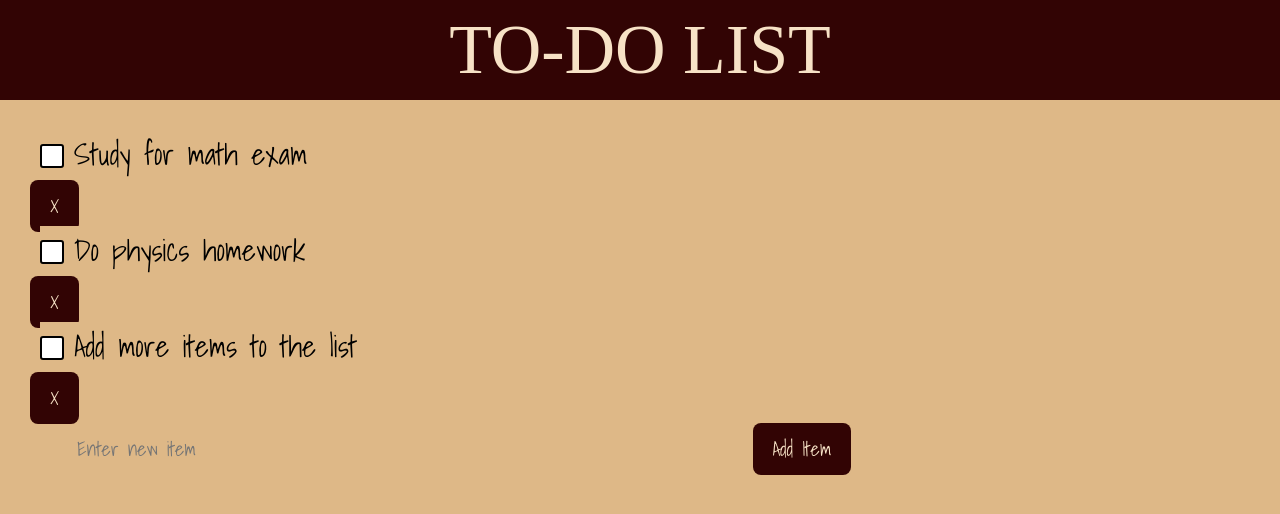
Repository: riya10483/pomodoro
Page: todo.html
These files come from the project's save history. The page is drawn as it stood at one moment and after a run of saves; the edit follows.
The browser window is 1280 px wide. The pictures show the whole page.
Some web fonts or font styles are not loaded; a fallback is used.

Above is the page before, as saved 2024-09-29 07:29:35.
Console error: TypeError: Cannot set properties of null (setting 'innerHTML')

### todo.html
<!DOCTYPE html>
<html lang="en">
<head>
    <meta charset="UTF-8">
    <style>
        @import url('https://fonts.googleapis.com/css2?family=Rye&display=swap');
    </style>
    <style>
        @import url('https://fonts.googleapis.com/css2?family=Shadows+Into+Light&display=swap');
    </style>
    <style>
        @import url('https://fonts.googleapis.com/css2?family=Peralta&family=Rye&display=swap');
    </style>
    <meta name="viewport" content="width=device-width, initial-scale=1.0">
    <title>To Do List</title>
    <link rel="stylesheet" href="todo.css">
</head>
<body>
    <div id="header">TO-DO LIST</div>
    <ul id="checklist">
        <li><input type="checkbox" id="item1"><label for="item1">Study for math exam</label></li>
        <button class="close">X</button>
        <li><input type="checkbox" id="item2"><label for="item2">Do physics homework</label></li>
        <button class="close">X</button>
        <li><input type="checkbox" id="item3"><label for="item3">Add more items to the list</label></li>
        <button class="close">X</button>
    </ul>

    <input type="text" id="newItemText" placeholder="Enter new item">
    <button onclick="addItem()">Add Item</button>

    <script src="functions.js"></script>
</body>
</html>

### todo.css
* {
    background-color:burlywood;
    border: 0px;
    margin: 0px;
    font-family: "Shadows Into Light";
    font-size: 30px;
}
#header {
    color:rgb(247, 226, 198);
    padding: 10px;
    background-color:rgb(50, 4, 4);
    text-align: center;
    font-family: Rye;
    font-size: 70px;
    border: 0px;
    margin: 0px 0px 30px;
}

li {
    font-size: 30px;
    font-family: "Shadows Into Light";
    list-style: none;
}

input {
    width: 30px;
    height: 30px;
    margin: 15px 30px;
}

/* Hide the default checkbox */
input[type="checkbox"] {
    display: none;
}

/* Create a custom checkbox appearance */
input[type="checkbox"] + label:before {
    content: '';
    display: inline-block;
    width: 20px;
    height: 20px;
    margin-right: 10px;
    border: 2px solid #000;
    border-radius: 3px;
    background-color: white;
    vertical-align: middle;
}

/* Change appearance when checkbox is checked */
input[type="checkbox"]:checked + label:before {
    background-color: rgb(50, 4, 4);
    border-color: rgb(50, 4, 4);
    content: '✓';
    color: rgb(247, 226, 198);
    text-align: center;
    font-size: 18px;
    line-height: 20px;
}

/* Strike-through on label text when checkbox is checked */
input[type="checkbox"]:checked + label {
    text-decoration: line-through;
    color: rgb(176, 141, 94);
}

#newItemText {
    width: 50%;
    font-size: 20px;
    margin-left: 75px;
    color: rgb(50, 4, 4);
}

button {
    background-color: rgb(50, 4, 4);
    color: rgb(247, 226, 198);
    padding: 10px 20px;
    border-radius: 8px;
    font-size: 20px;
    margin: -10px;
}

.close {
    display: inline;
}

### functions.js

// setInterval(function () {
//     seconds -= 1
//     let timerElement = document.getElementById("timer")
//     timerElement.innerHTML = seconds

// }, 1000);

let startTiming = 25
let time = startTiming * 60
let paused = false;

const count = document.getElementById("timer")

let interval = setInterval(updateTimer, 1000)
function updateTimer(){
    const minutes = Math.floor(time/60)
    let seconds = time % 60

    //condition ? do this : do that
    seconds  = seconds < 10 ?  '0' + seconds : seconds
    count.innerHTML = `${minutes}:${seconds}`
    time--

    if (time <= -1)
    {
        clearInterval(interval)
        time = -1
    }
}

updateTimer();



let itemCount = 3;

function addItem() {
    const itemText = document.getElementById('newItemText').value;
    if (itemText.trim() !== "") {
        itemCount++;

        // Create a new list item
        const newListItem = document.createElement('li');

        // Create a new checkbox input
        const newCheckbox = document.createElement('input');
        newCheckbox.type = 'checkbox';
        newCheckbox.id = 'item' + itemCount;

        // Create a label for the checkbox
        const newLabel = document.createElement('label');
        newLabel.setAttribute('for', newCheckbox.id);
        newLabel.textContent = itemText;

        // Append checkbox and label to the list item
        newListItem.appendChild(newCheckbox);
        newListItem.appendChild(newLabel);

        // Append the new list item to the checklist
        document.getElementById('checklist').appendChild(newListItem);

        // Clear the input field after adding the item
        document.getElementById('newItemText').value = "";
    } else {
        alert("Please enter a valid item.");
    }
}

function pause() {
    const pauseButton = document.querySelector('.control-buttons button');
    paused = !paused;

    if(paused) {
        clearInterval(interval);
        pauseButton.textContent = 'Resume';
    }
    else {
        startTimer();
        pauseButton.textContent = 'Pause';
    }
}

function startTimer() {
    interval = setInterval(updateTimer, 1000);
}

function chooseTime() {
    const focusLength = document.getElementById('time1').value;
    const longBreak = document.getElementById('time2').value;
    const shortBreak = document.getElementById('time3').value;
    // for (let i = 0; i < 4; i++) {
        // focus session
        startTiming = focusLength;
        time = startTiming * 60;
        updateTimer();
        // switch to short break once 0
        if (time <= -1) {
            // clearInterval(interval)
            startTiming = shortBreak;
            time = startTiming * 60;
            updateTimer();
        }
    // }
}

After the next 2 saves:
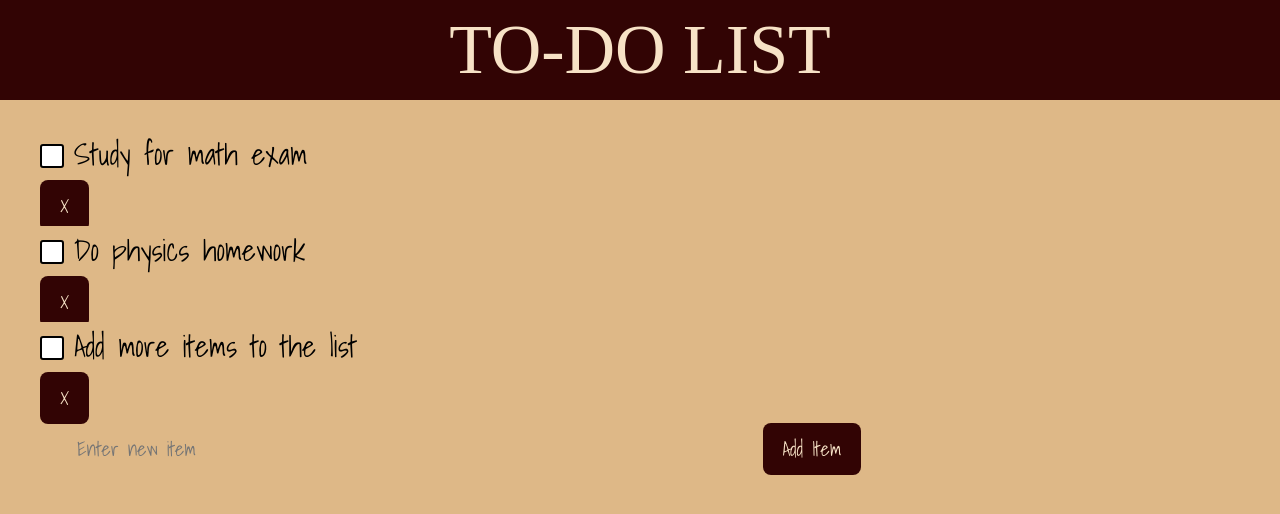
The 2 saves are shown as one change because they came seconds apart.
The last was saved 7 s later.
--- a/todo.css
+++ b/todo.css
@@ -76,7 +76,7 @@ button {
     padding: 10px 20px;
     border-radius: 8px;
     font-size: 20px;
-    margin: -10px;
+    margin: -10px 0px;
 }
 
 .close {
